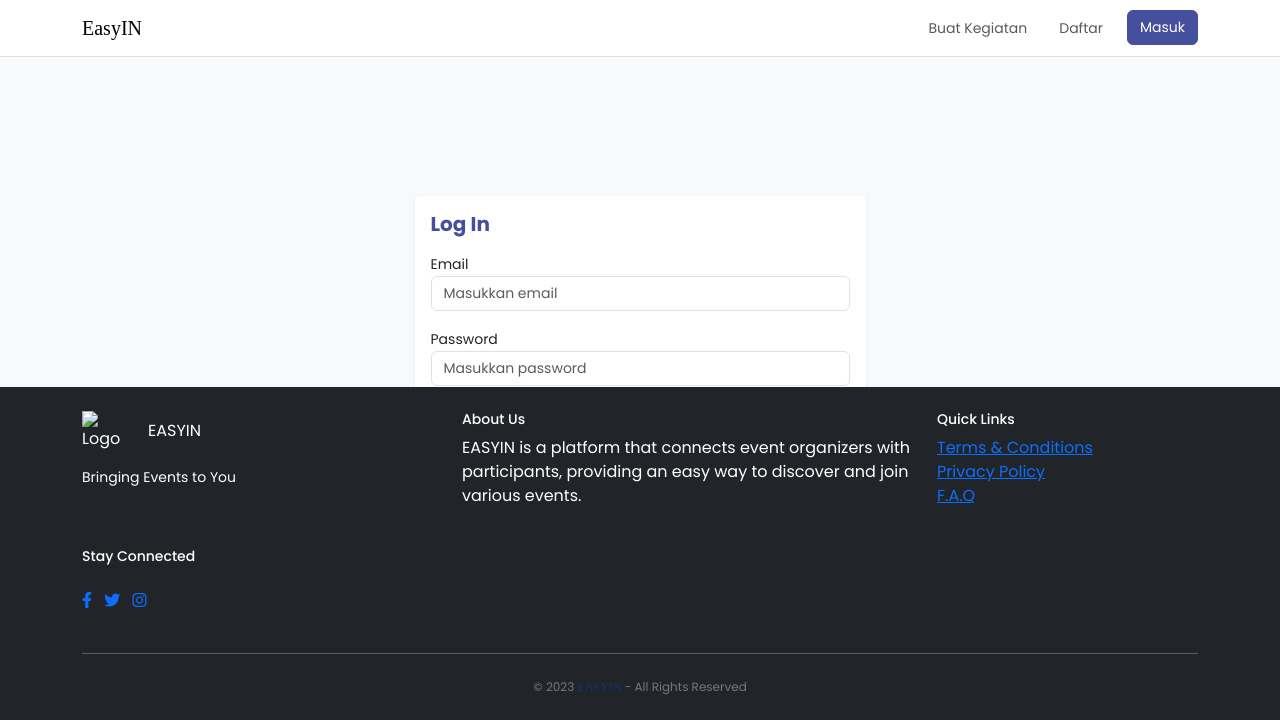
Repository: Imadaaa/Ticketing_Online
Page: http://localhost/login
These files come from the project's save history. The page is drawn as it stood at one moment and after a run of saves; the edit follows.
The browser window is 1280 px wide. The pictures show the whole page.
Some web fonts or font styles are not loaded; a fallback is used. The page is served by the project's Laravel application, run on PHP 8.4 with Laravel 10.

Above is the page before, as saved 2023-08-22 02:24:15.
Console error: ReferenceError: $ is not defined

After the next 3 saves:
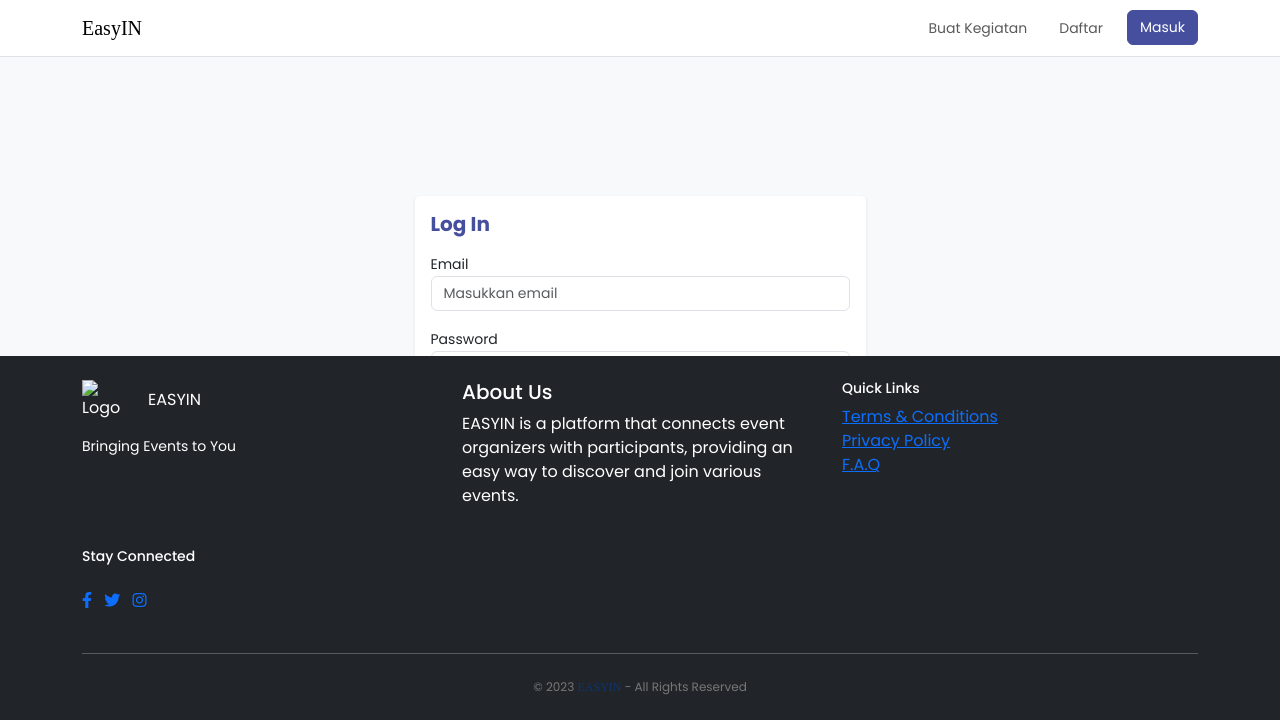
The 3 saves are shown as one change because they came seconds apart.
The last was saved 15 s later.
--- a/resources/views/template/landing-page/partials/_footer.blade.php
+++ b/resources/views/template/landing-page/partials/_footer.blade.php
@@ -9,8 +9,8 @@
                 </div>
                 <p class="mt-3 fs-14">Bringing Events to You</p>
             </div>
-            <div class="col-md-5">
-                <h5 class="fs-14">About Us</h5>
+            <div class="col-md-4">
+                <h5 class="fs-10">About Us</h5>
                 <p class="fs-10">EASYIN is a platform that connects event organizers with participants, providing an
                     easy way to discover and join various events.</p>
             </div>
